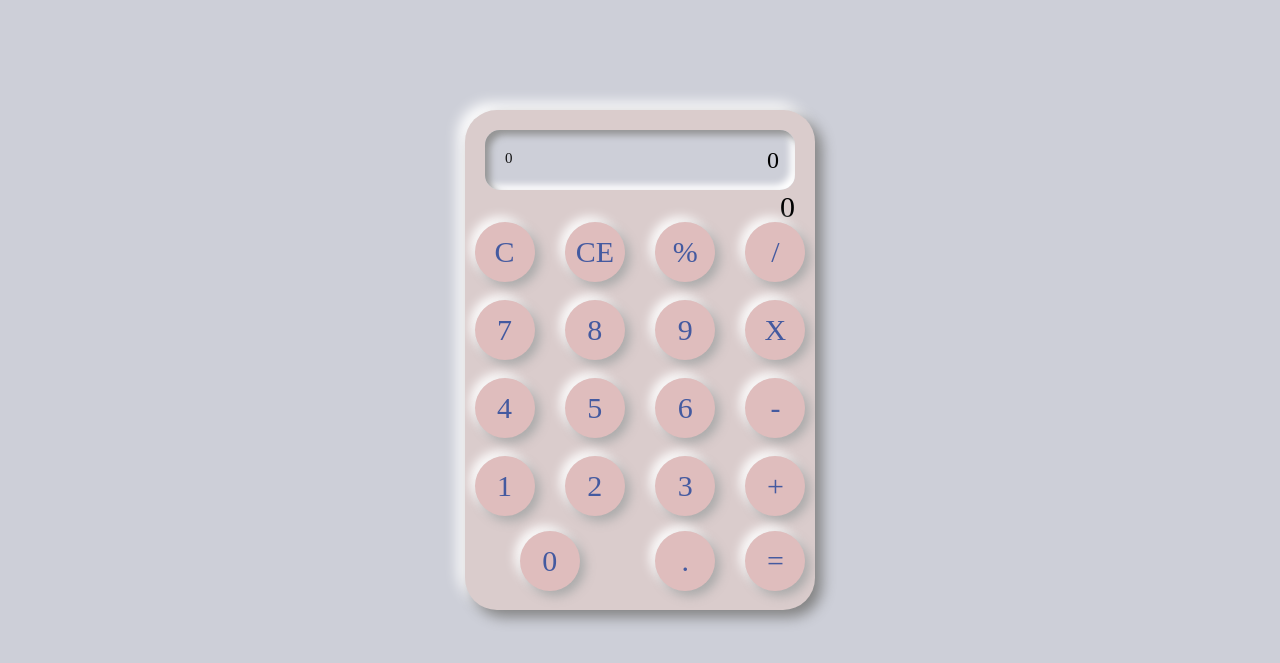
Repository: Goldmyn/Calculator
Page: index.html
An editor plug-in stored every save of this project. The page is shown before and after a run of saves, followed by the edit.
The browser window is 1280 px wide. The pictures show the whole page.

Above is the page before, as saved 2022-09-28 02:44:24.

### index.html
<!DOCTYPE html>
<html lang="en">
<head>
    <meta charset="UTF-8">
    <meta http-equiv="X-UA-Compatible" content="IE=edge">
    <meta name="viewport" content="width=device-width, initial-scale=1.0">
    <title>Calculator</title>
    <link rel="stylesheet" href="index.css">
</head>
<body>
    <header>

    </header>

    <section>
        <div class="container">
            <div class="calculator">
                <div class="display">
                    <div class="display_a">0</div>
                    <div class="border"> <div class="display-2">0</div> </div>
                    <div class="temp-result">0</div>
                </div>
                <div class="all_buttons">
                    <div class="button all_clear">C</div>
                    <div class="button last_entity_clear">CE</div>
                    <div class="button operation">%</div>
                    <div class="button operation">/</div>
                    <div class="button number">7</div>
                    <div class="button number">8</div>
                    <div class="button number">9</div>
                    <div class="button operation">X</div>
                    <div class="button number">4</div>
                    <div class="button number">5</div>
                    <div class="button number">6</div>
                    <div class="button operation">-</div>
                    <div class="button number">1</div>
                    <div class="button number">2</div>
                    <div class="button number">3</div>
                    <div class="button operation">+</div>
                    <div class="button btn-0 number">0</div>
                    <div class="button number dot">.</div>
                    <div class="button equal">=</div>
                </div>
            </div>
        </div>
    </section>
</body>
</html>

### index.css
* {
    padding: 0;
    margin: 0;
    box-sizing: border-box;
}
html {
    font-family: 'Gill Sans', 'Gill Sans MT', Calibri, 'Trebuchet MS', sans-serif';
}

section {
    background-color: #cdcfd8;
    min-height: 100vh;
    width: 100%;
    display: flex;
    align-items: center;
    justify-content: center;
}

.container {
    background-color: #e0e0e0;
    width: 90%;
    height: 500px;
    max-width: 350px;
    border-radius: 32px;
    background: #dacccc;
    box-shadow: 7px 7px 14px #828282, -7px -7px 14px #ffffff;
    overflow: hidden;
}

.display {
    height: 100px;
    width: 100%;
    text-align: right;
    padding: 20px;
    font-size: 30px;
    position: relative;
}

.display_a  {
    opacity: 0.9;
    font-size: 15px;
    height: 20px;
    overflow: hidden;
    position: absolute;
    bottom: 40px;
    left: 40px;
}

.border {
    background-color: aqua;
    height: 60px;
    width: 100%;
    padding-right: 1rem;
    display: flex;
    align-items: center;
    justify-content: flex-end;
    border-radius: 15px;
    background: #cdcfd8;
    font-size: 24px;
    box-shadow: inset 5px 5px 7px #949494 , inset -5px -5px 7px #ffffff;
}

.all_buttons {
    color: rgb(68, 90, 160);
    display: grid;
    grid-template:
        repeat(4, minmax(67px, 1fr))
        / repeat(4, minmax(50px, 1fr));
    gap: 0.7rem;
    transform: translateY(0.5rem);
    place-items: center;
}

.button {
    display: inline-block;
    height: 60px;
    width: 60px;
    display: flex;
    align-items: center;
    justify-content: center;
    font-size: 30px;
    cursor: pointer;
    border-radius: 100px;
    background: #dfbdbd;
    box-shadow: 5px 5px 11px #aaaaaa ,  -5px -5px 11px #ffffff;
}

.button:hover {
    background-color: rgba(218, 65, 129, 0.822);
    color: white;
}

.btn-0 {
    grid-column: 1/3;
}

After the next 3 saves:
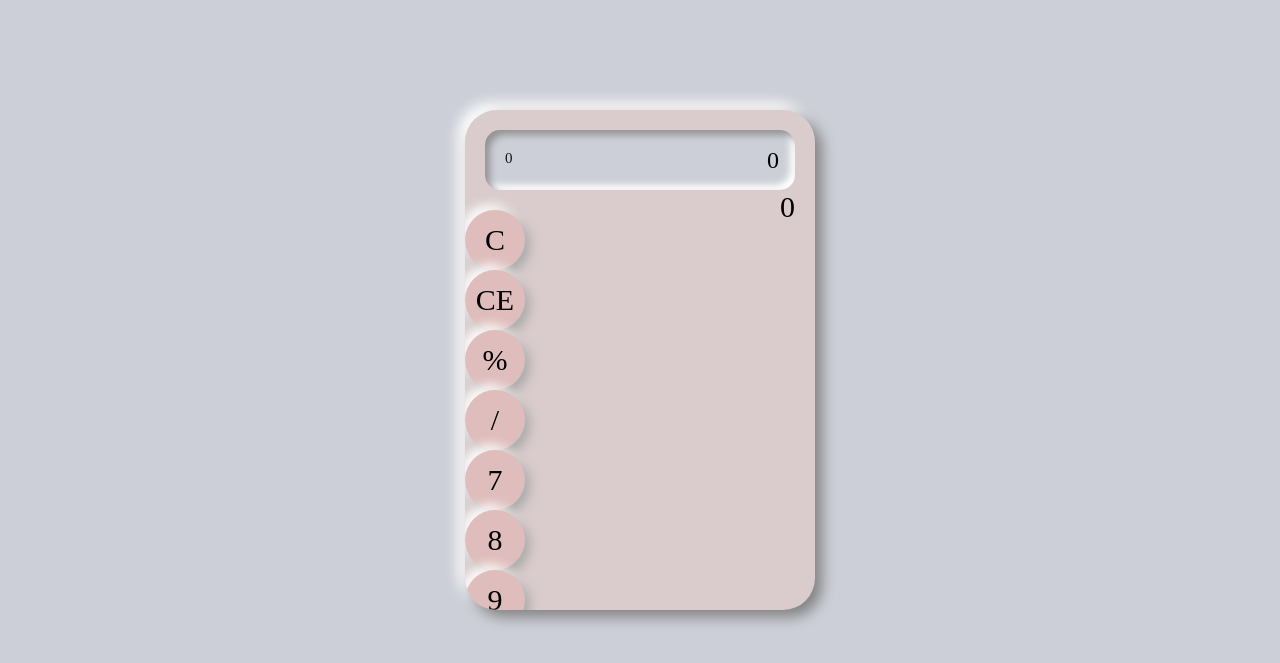
The 3 saves are shown as one change because they came seconds apart.
The last was saved 26 s later.
--- a/index.css
+++ b/index.css
@@ -60,6 +60,7 @@
     box-shadow: inset 5px 5px 7px #949494 , inset -5px -5px 7px #ffffff;
 }
 
+.temp-
 .all_buttons {
     color: rgb(68, 90, 160);
     display: grid;

After the save that followed:
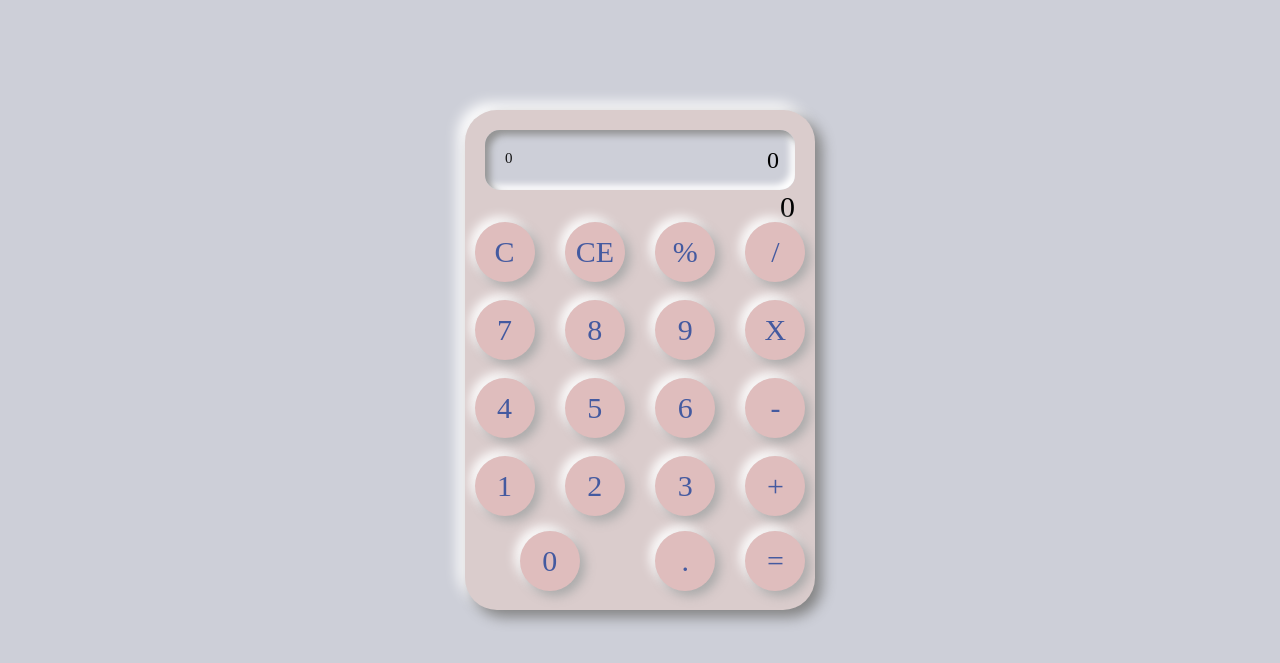
Saved 4 s later.
--- a/index.css
+++ b/index.css
@@ -60,7 +60,9 @@
     box-shadow: inset 5px 5px 7px #949494 , inset -5px -5px 7px #ffffff;
 }
 
-.temp-
+.temp-result {
+
+}
 .all_buttons {
     color: rgb(68, 90, 160);
     display: grid;
